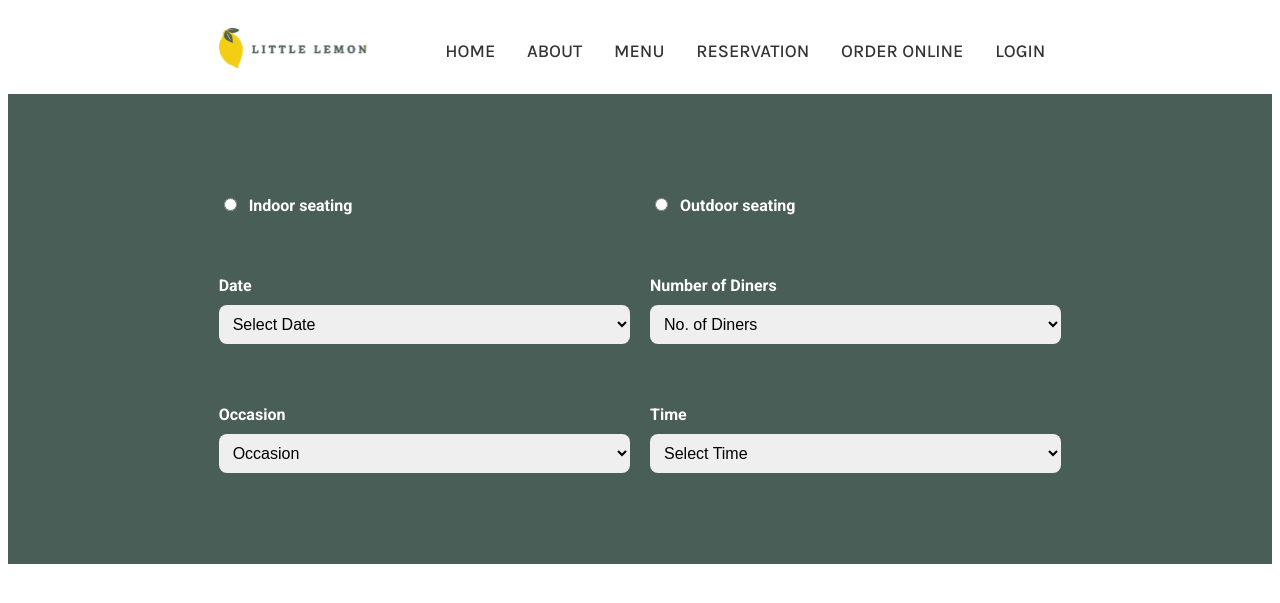
Repository: Yeshwanth-189/little-lemon
Page: /reservation (app in little-lemon/)
These files come from the project's save history. The page is drawn as it stood at one moment and after the next save; the edit follows.
The browser window is 1280 px wide. The pictures show the whole page.
The project was rebuilt for these pictures with package versions that can differ from the ones it lists, and the page was loaded fresh each time. Also part of the build but not shown: little-lemon/src/index.css, little-lemon/src/components/Hero/Hero.css, little-lemon/src/components/Hero/Hero.jsx, little-lemon/src/components/Specials/Specials.css, little-lemon/src/components/Specials/Specials.jsx, little-lemon/src/components/Testimonials/Testimonials.css, little-lemon/src/components/Testimonials/Testimonials.jsx, little-lemon/src/components/About/About.css and 3 more.

Above is the page before, as saved 2025-04-26 22:29:34.

After the next save:
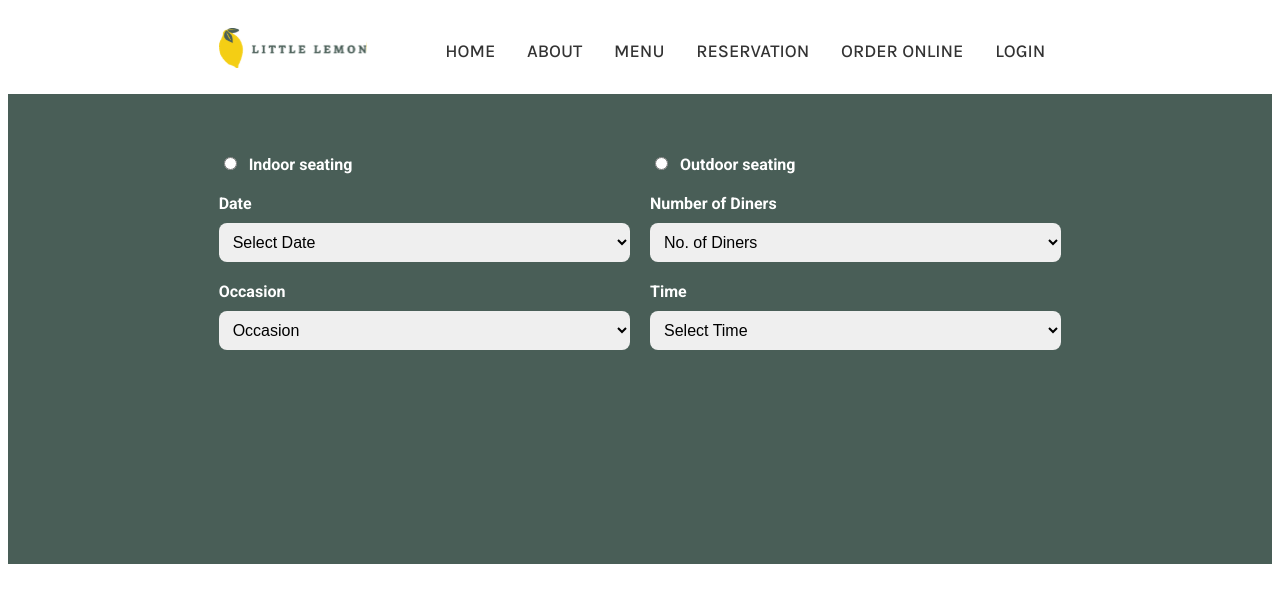
Saved 5 s later.
--- a/little-lemon/src/components/Reservation/Reservation.css
+++ b/little-lemon/src/components/Reservation/Reservation.css
@@ -56,7 +56,6 @@
 .reservation-col label {
   font-size: 16px;
   font-weight: bold;
-  margin-top: 10%;
 }
 
 /* MOBILE RESPONSIVE */
